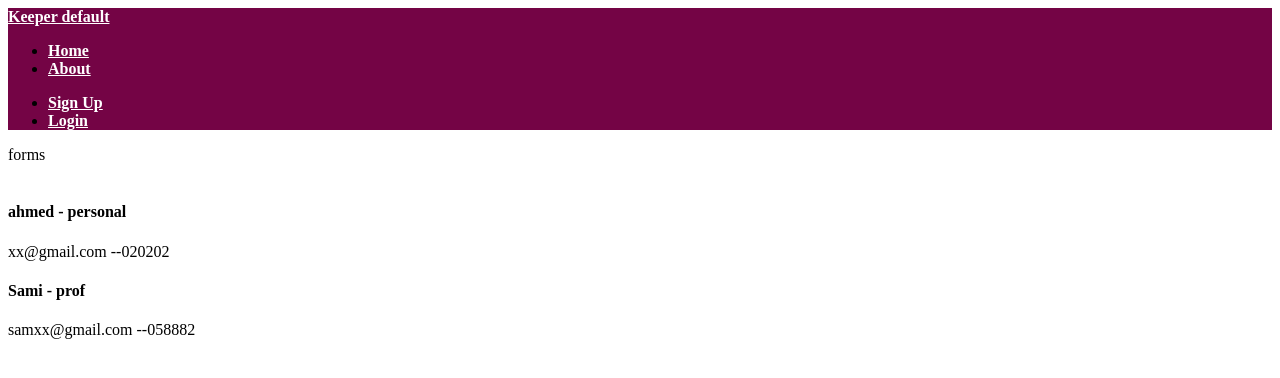
Repository: 3bdulrahman/contact-keeper
Page: / (app in client/)
The author's editor kept a copy of each file at every save. The page is drawn from the files as they stood at one save, then again after the next save.
The browser window is 1280 px wide. The pictures show the whole page.
The project was rebuilt for these pictures with package versions that can differ from the ones it lists, and the page was loaded fresh each time. A package was used in the major version that the imports need, not the one package.json lists. Also part of the build but not shown: client/src/components/pages/About.js.

Above is the page before, as saved 2020-04-04 21:06:06.

After the next save:
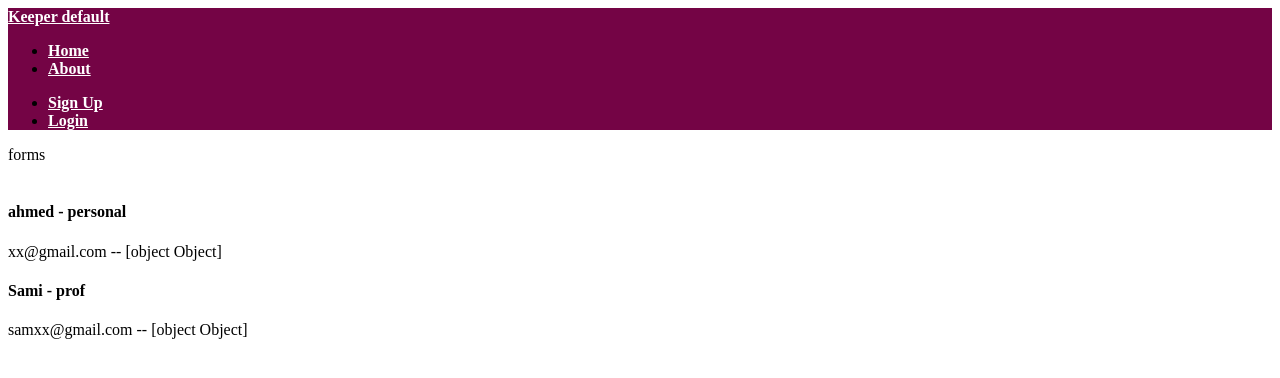
Saved 21 s later.
--- a/client/src/components/contacts/contactsItem.js
+++ b/client/src/components/contacts/contactsItem.js
@@ -12,7 +12,7 @@ import React from 'react'
 
               <div className="card-text">
               {email&& <span className="label label-primary">{email}</span>} --
-              {phone&& <span className="label label-warning">{phone}</span>}
+              {phone&& ' '+  <span className="label label-warning">{phone}</span>}
               </div>
 
               </div>
